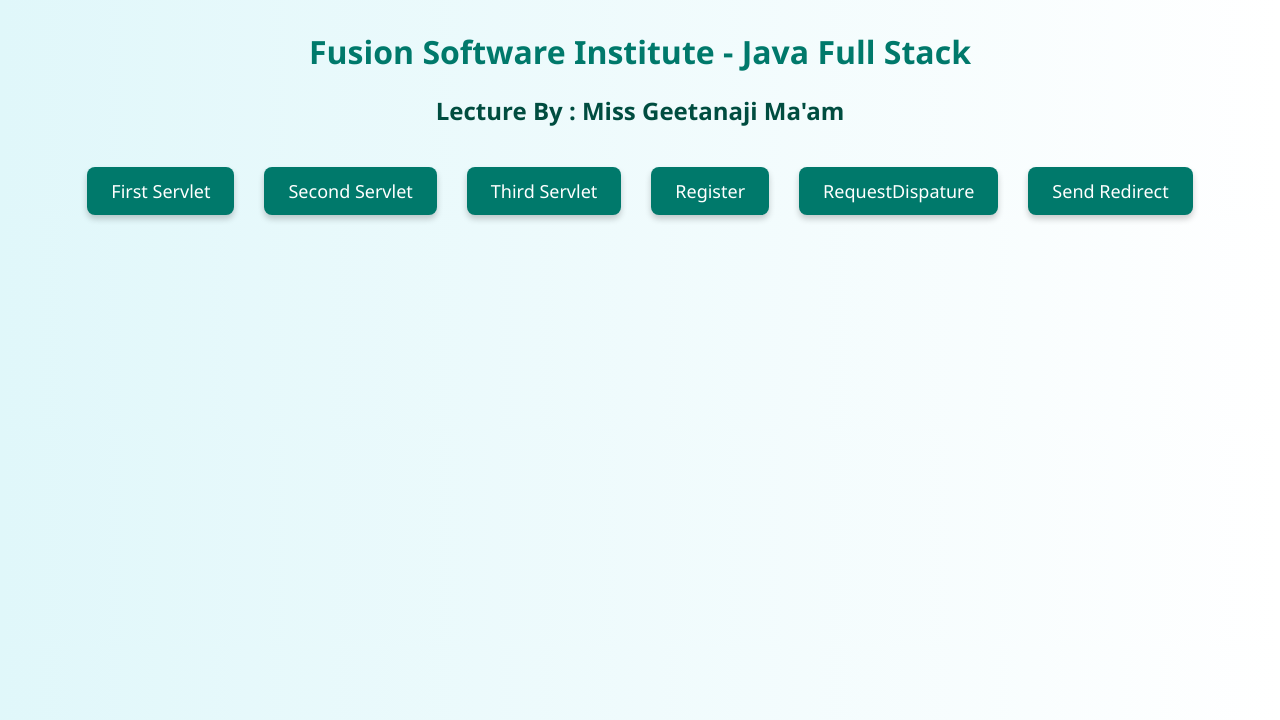
Repository: AkshayKPrajapati/CodingHub
Page: Servlet/WebContent/Index.html
An editor plug-in stored every save of this project. The page is shown before and after the next save, followed by the edit.
The browser window is 1280 px wide. The pictures show the whole page.

Above is the page before, as saved 2025-10-12 15:29:14.

After the next save:
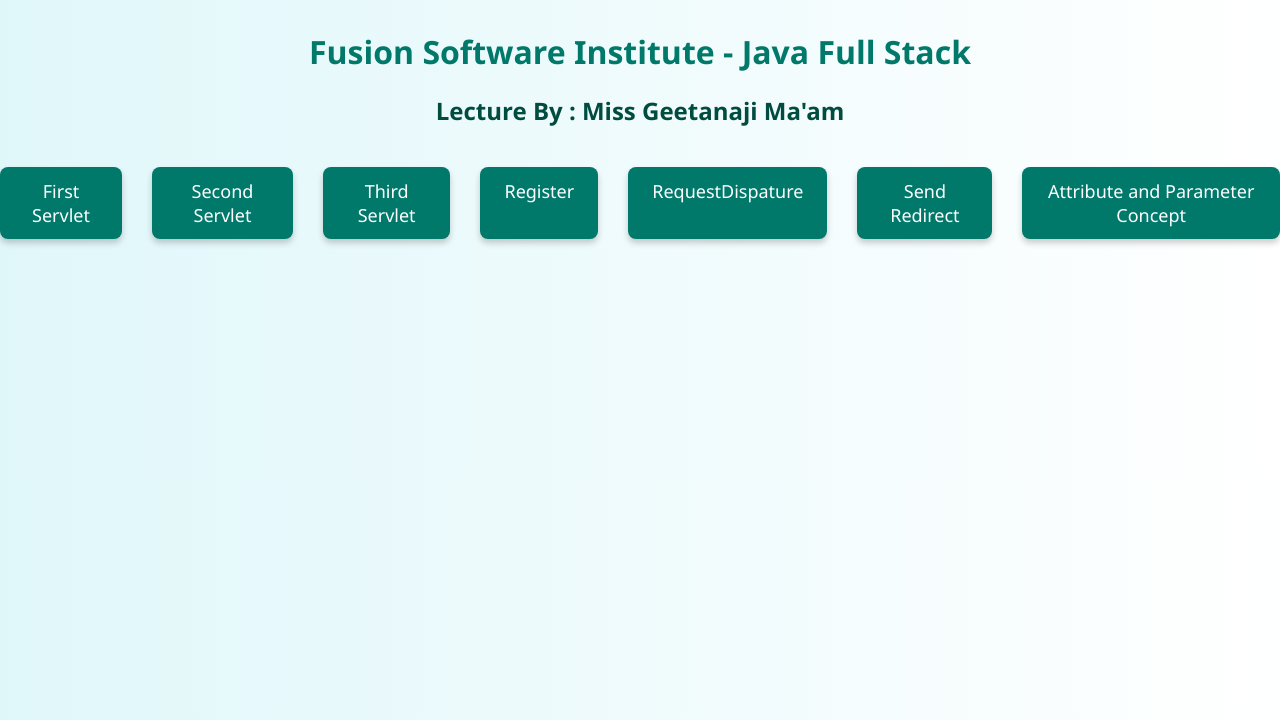
Saved 89 s later.
--- a/Servlet/WebContent/Index.html
+++ b/Servlet/WebContent/Index.html
@@ -58,6 +58,7 @@
        	<a href="register.html">Register</a>
        	<a href="requestDispature.html">RequestDispature</a>
        	<a href="sendRedirect.html">Send Redirect</a>
+       	<a href="attributeparameter">Attribute and Parameter Concept</a>
     </div>
 </body>
 </html>
